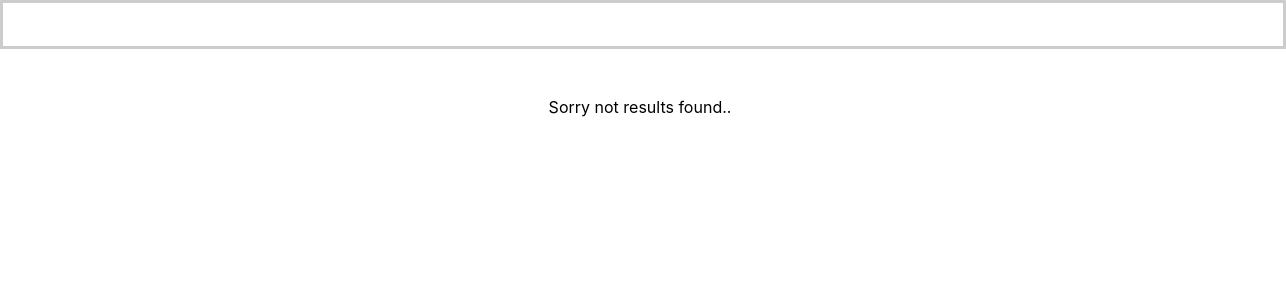
Repository: jijo78/movie-tvshows-list
Page: /
An editor plug-in stored every save of this project. The page is shown before and after the next save, followed by the edit.
The browser window is 1280 px wide. The page is 1286 px wide, so the pictures cover 1286 px, including what lies to the right of the window. The pictures show the whole page.
The page's requests for data from a server got no answer. The project was rebuilt for these pictures with package versions that can differ from the ones it lists, and the page was loaded fresh each time. No one was signed in, and anything a server would have sent is missing. Also part of the build but not shown: src/MediaRatio.tsx.

Above is the page before, as saved 2020-11-25 17:30:45.

### src/App.tsx
import React, { FC, useEffect, useState } from 'react'
import useSWR from 'swr'
import config from './config'
import QuickSearch from './QuickSearch'
import SearchResults from './SearchResults'

import styled from 'styled-components'
// import classNames from 'classnames'
// import debounce from 'lodash/debounce'
export const fontRootSize = 16

const pxToRem = (size: number) => `${size / fontRootSize}rem`
export const SCREEN_WIDTH_MIN = pxToRem(320)

export const SCREEN_WIDTH_MIN_2 = pxToRem(400)
interface Props {
  children: React.ReactChildren
}
const Container = styled('section')`
  display: flex;
  justify-content: center;
`

const getData = (url: string): Promise<any> => fetch(url).then((res) => res.json())

const StickyWrapper: FC<Props> = ({ children, ...rest }) => {
  const [shouldFetch, setShouldFetch] = useState(true)
  const [term, setTerm] = useState('a')
  const [append, setAppend] = useState('credits')

  const { data, error, isValidating } = useSWR(
    shouldFetch
      ? `https://api.themoviedb.org/3/search/multi?&api_key=${config.api}&query=${term}&include_adult=false&append_to_response=${append}`
      : null,
    getData,
    {
      shouldRetryOnError: false,
      revalidateOnFocus: false,
    }
  )

  useEffect(() => {
    if (data) {
      setShouldFetch(false)
    }
  }, [])

  return (
    <>
      <QuickSearch />
      <Container as="section">
        <SearchResults results={data} />
      </Container>
    </>
  )
}

export default StickyWrapper

### src/config.js
module.exports = {
    'api': '00827fd50b322764fdf4d571822a4a05'
};

### src/QuickSearch.tsx
import React, { FC } from 'react'

import styled from 'styled-components'

type Props = {
  onClick?: (e: React.MouseEvent<any>) => void
  onSubmit?: () => void
  placeholder?: string
}
/**
 * Card is a general purpose container for content.
 */
const Search = styled('section')`
  border: 3px solid #ccc;
  margin-bottom: 2rem;
  display: flex;

  width: 100%;
`

const SearchForm = styled('form')`
  position: relative;
  width: 100%;
  &fieldset {
    margin: 0;
    padding: 0;
    border: 0 none;
  }
  &.search__form--hidden {
    display: none;
  }
`
const SearchLegend = styled('legend')`
  display: none;
`

const SearchInput = styled('input')`
  color: #ccc;
  width: 100%;
  text-align: center;
  padding: 0.2rem 0;
  font-size: 2rem;
  border: 0 none;
  &::placeholder {
    color: #ccc;
  }
`

const Button = styled('button')`
  width: 100%;
  border: none;
  border-color: #5c5c5c;
  cursor: pointer;
  position: absolute;
  right: 0;
  display: inline-flex;
  color: #ffffff;
  background-color: rgb(13, 46, 61);
  font-family: ReithSans;
  padding: 0.75rem;
  text-align: center;
  -webkit-text-decoration: none;
  text-decoration: none;
  vertical-align: middle;

  justify-content: center;
  text-transform: uppercase;

  font-size: 1rem;
  line-height: 1.25;

  letter-spacing: normal;
  font-weight: bold;
  background-color: #79d6f2;
  color: #091f29;
`

const QuickSearch: FC<Props> = ({ onSubmit, onClick, placeholder }) => {
  return (
    <Search>
      <SearchForm onSubmit={onSubmit}>
        <SearchLegend>Find a movie </SearchLegend>
        <SearchInput onClick={onClick} placeholder={placeholder} />
      </SearchForm>
    </Search>
  )
}

export default QuickSearch

### src/SearchResults.tsx
import React, { FC } from 'react'
import { formatDateUK } from './date'
import { Media16x9 } from './MediaRatio'
import styled from 'styled-components'

interface Props {
  results: { results: Array<any> }
}
const Cards = styled('ul')`
  display: grid;
  width: 80rem;
  grid-template-columns: repeat(auto-fit, minmax(320px, 1fr));
  grid-gap: 2rem;
  margin: 0;
  padding: 0;
`

const Card = styled('li')`
  min-height: 10rem;
  height: 100%;
  position: relative;
  background-color: #000;
  color: #fff;
  list-style-type: none;
`
/**
 * Contains an image or other media to be placed inside the card
 */
export const CardBody = styled('div')`
  position: relative;
  padding: 0.5rem;
`

/**
 * Content to be placed at the bottom of the card.
 */
export const CardFooter = styled('footer')`
  position: relative;
  padding: 0.5rem;
`
const SearchResults: FC<Props> = ({ results }) => {
  console.log('results: ', results)
  const base_url = 'https://image.tmdb.org/t/p/w780'
  const placeholder = 'http://via.placeholder.com/400x200'

  return results && results.results && results.results.length ? (
    <Cards>
      {results.results.map((result, i) => (
        <Card>
          <Media16x9>
            <img
              alt={result.original_name}
              src={
                result.poster_path !== null && result.poster_path !== undefined
                  ? `${base_url}${result.poster_path}`
                  : `${placeholder}`
              }
            />
          </Media16x9>
          <CardBody>
            <h3>{result.title || result.original_name}</h3>
            <p>{result.overview}</p>
          </CardBody>
          <CardFooter>
            <span className="card__rating">
              Rating: {isNaN(result.vote_average) ? 0 : Math.ceil(result.vote_average * 10)}%
            </span>
            <span className="card__release">Release date: {formatDateUK(result.release_date)}</span>
          </CardFooter>
        </Card>
      ))}
    </Cards>
  ) : (
    <p className="no-results">Sorry not results found..</p>
  )
}

export default SearchResults

### src/date.ts
import dayjs from 'dayjs'

export const formatDate = (d: string) => dayjs(d).format('D MMM YYYY')
export const formatDateUK = (d: string) => dayjs(d).format('DD MMM YYYY')
export const currentYear = () => dayjs().year()

Loaded but not shown: public/index.html (common file); src/index.js (common file); src/index.css (common file); src/reportWebVitals.js (common file)

After the next save:
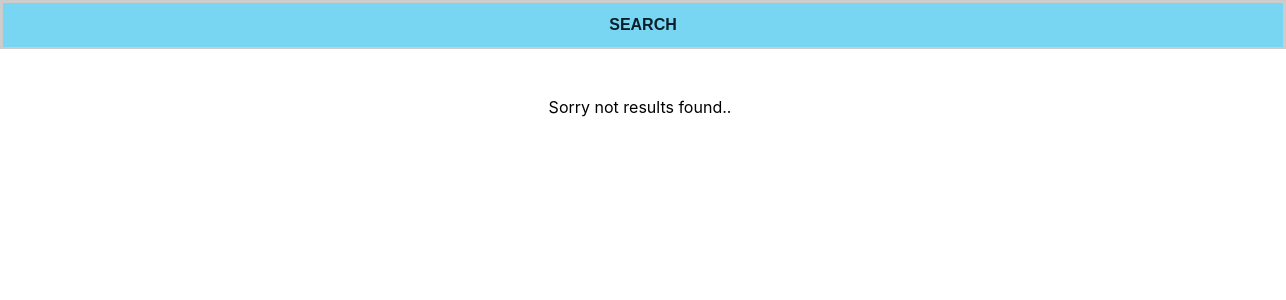
Saved 33 s later.
--- a/src/QuickSearch.tsx
+++ b/src/QuickSearch.tsx
@@ -56,10 +56,8 @@ const Button = styled('button')`
   display: inline-flex;
   color: #ffffff;
   background-color: rgb(13, 46, 61);
-  font-family: ReithSans;
   padding: 0.75rem;
   text-align: center;
-  -webkit-text-decoration: none;
   text-decoration: none;
   vertical-align: middle;
 
@@ -81,6 +79,7 @@ const QuickSearch: FC<Props> = ({ onSubmit, onClick, placeholder }) => {
       <SearchForm onSubmit={onSubmit}>
         <SearchLegend>Find a movie </SearchLegend>
         <SearchInput onClick={onClick} placeholder={placeholder} />
+        <Button type="submit">Search</Button>
       </SearchForm>
     </Search>
   )
